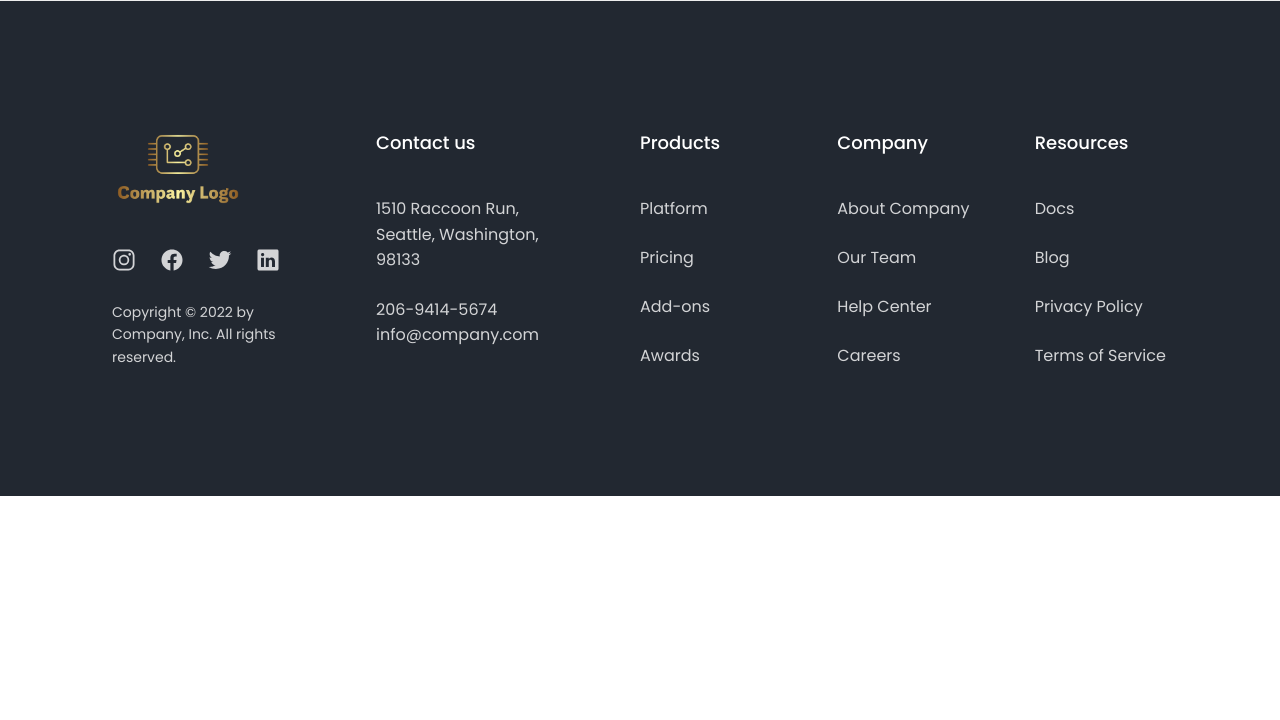
Repository: bijaythakur-code/responsive-footer-design-html-css
Page: index.html
An editor plug-in stored every save of this project. The page is shown before and after the next save, followed by the edit.
The browser window is 1280 px wide. The pictures show the whole page.

Above is the page before, as saved 2022-07-27 14:48:12.

After the next save:
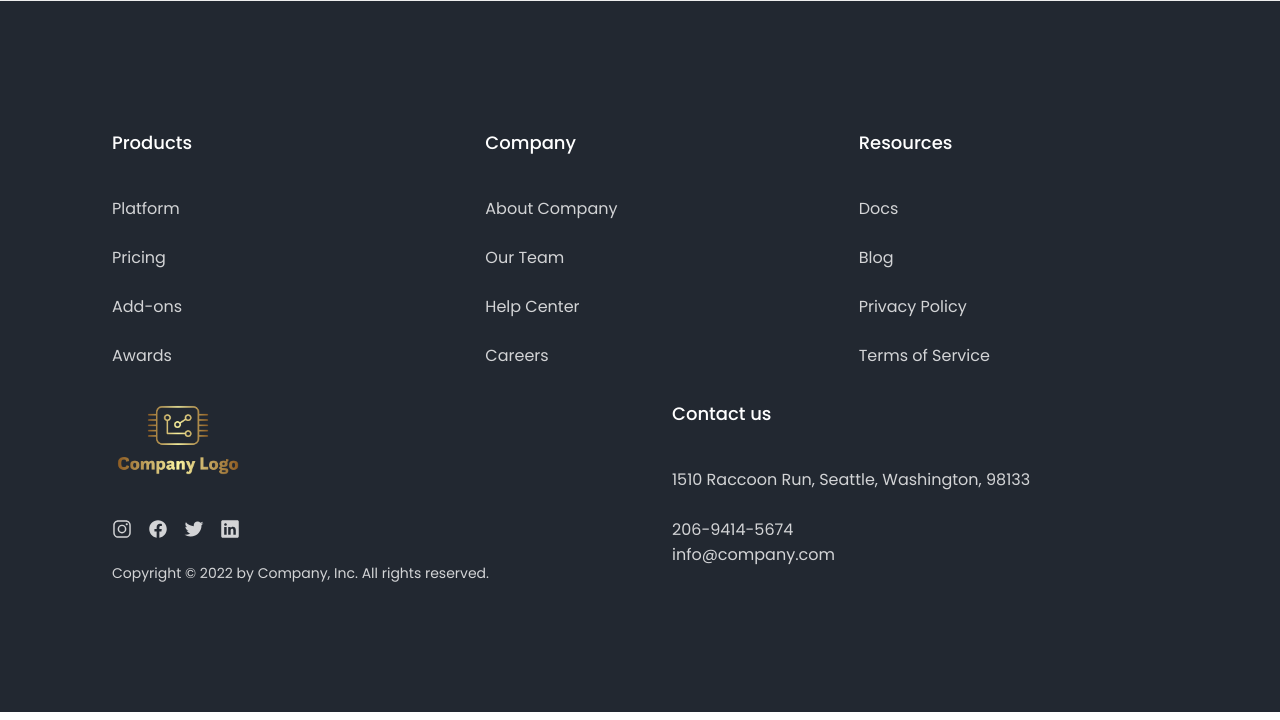
Saved 2 min 33 s later.
--- a/css/style.css
+++ b/css/style.css
@@ -146,3 +146,32 @@ a {
     font-size: 14px;
   }
 }
+
+/* ============= BELOW 752px =========== */
+
+@media {
+  .footer-wrapper {
+    grid-template-columns: repeat(6, 1fr);
+    row-gap: 32px;
+  }
+
+  .logo-col,
+  .address-col {
+    grid-column: span 3;
+  }
+
+  .nav-col {
+    grid-row: 1;
+    grid-column: span 2;
+  }
+
+  .social-links {
+    gap: 16px;
+    margin-bottom: 16px;
+  }
+
+  .social-icon {
+    height: 20px;
+    width: 20px;
+  }
+}

After the save that followed:
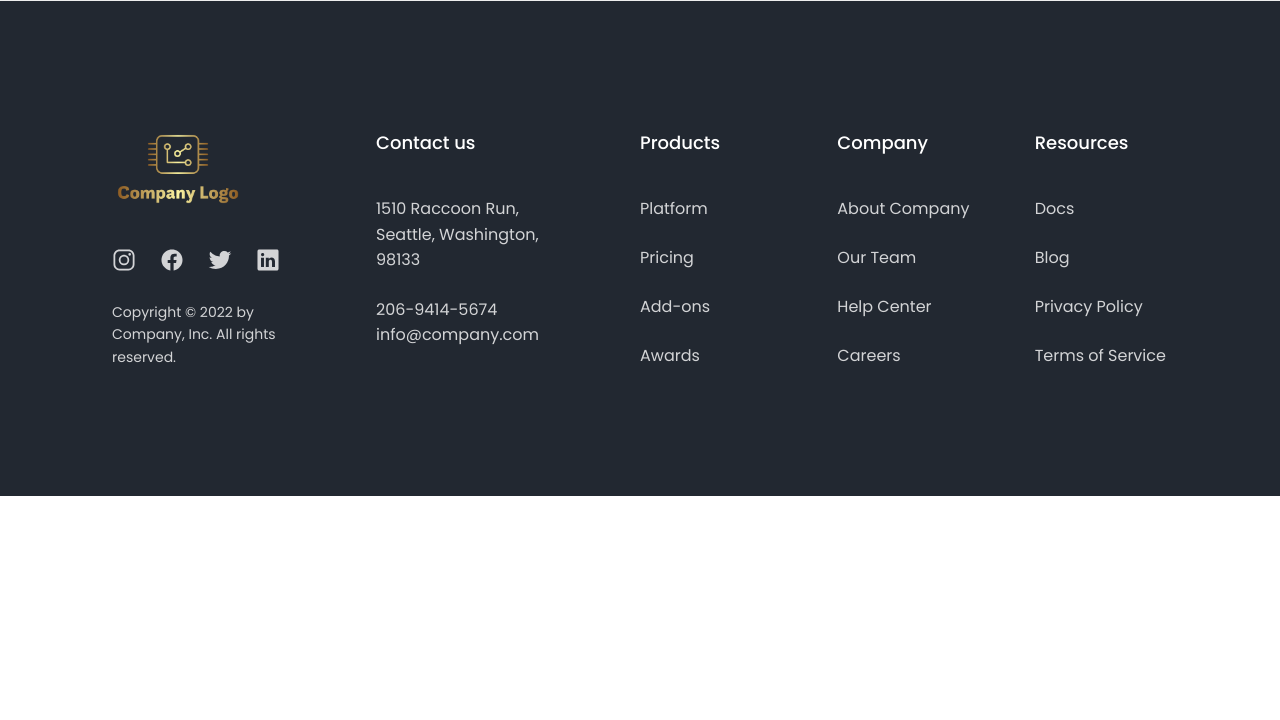
Saved 66 s later.
--- a/css/style.css
+++ b/css/style.css
@@ -148,30 +148,3 @@ a {
 }
 
 /* ============= BELOW 752px =========== */
-
-@media {
-  .footer-wrapper {
-    grid-template-columns: repeat(6, 1fr);
-    row-gap: 32px;
-  }
-
-  .logo-col,
-  .address-col {
-    grid-column: span 3;
-  }
-
-  .nav-col {
-    grid-row: 1;
-    grid-column: span 2;
-  }
-
-  .social-links {
-    gap: 16px;
-    margin-bottom: 16px;
-  }
-
-  .social-icon {
-    height: 20px;
-    width: 20px;
-  }
-}
